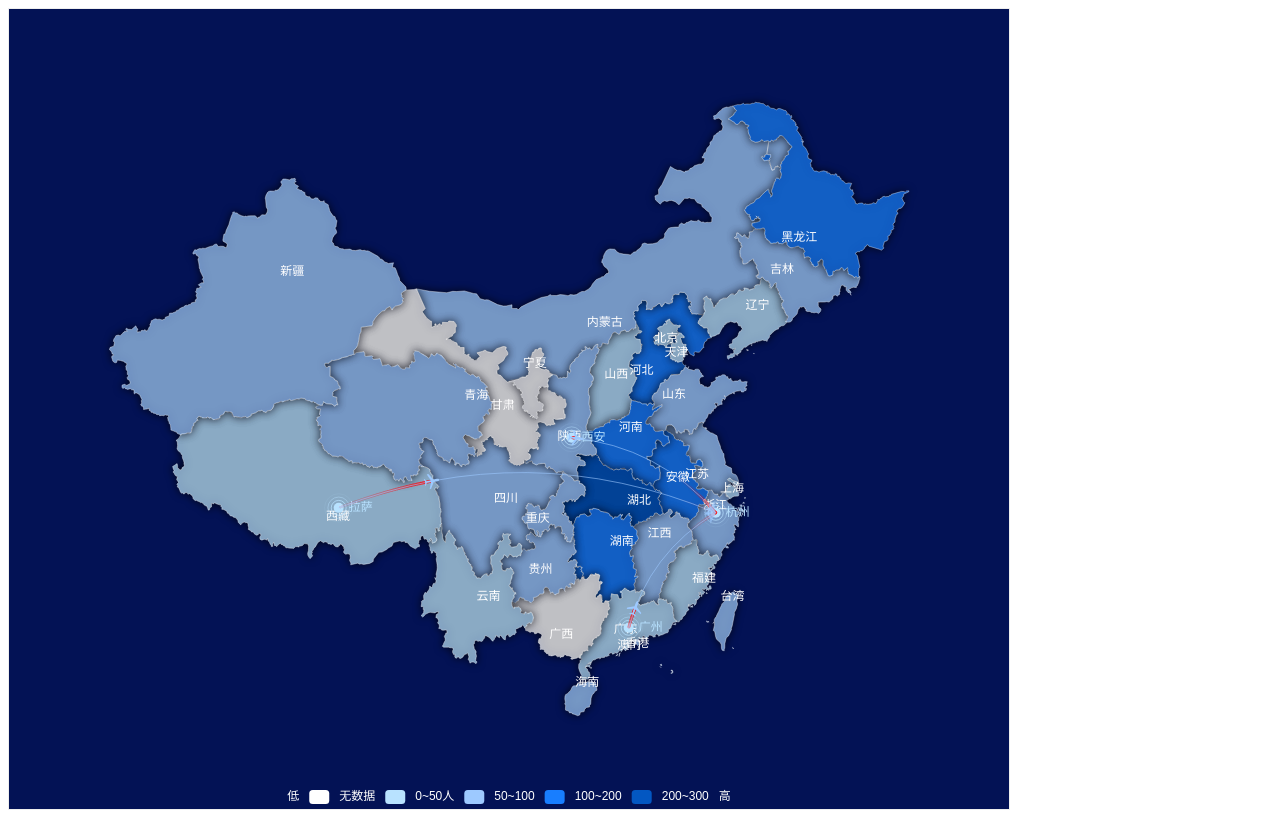
Repository: 572031690/echartssimple
Page: 21.地图常见效果_地图和散点图结合.html
The author's editor kept a copy of each file at every save. The page is drawn from the files as they stood at one save, then again after the next save.
The browser window is 1280 px wide. The pictures show the whole page.

Above is the page before, as saved 2021-08-11 17:52:15.

After the next save:
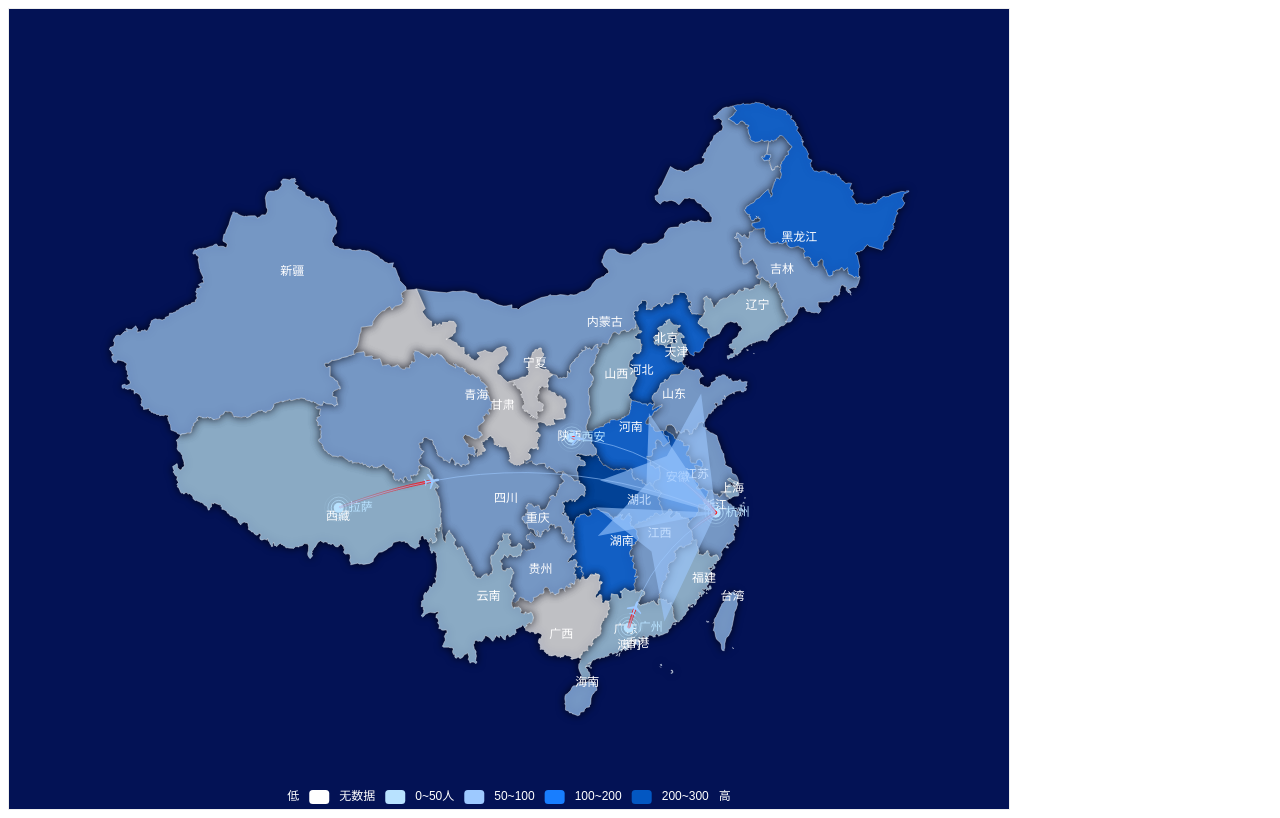
Saved 35 s later.
--- a/21.地图常见效果_地图和散点图结合.html
+++ b/21.地图常见效果_地图和散点图结合.html
@@ -153,7 +153,7 @@
             type: "lines",
             zlevel: 2,
             symbol: ["none", "arrow"],
-            symbolSize: 10,
+            symbolSize: 100,
             effect: {
               show: true,
               period: 4,
